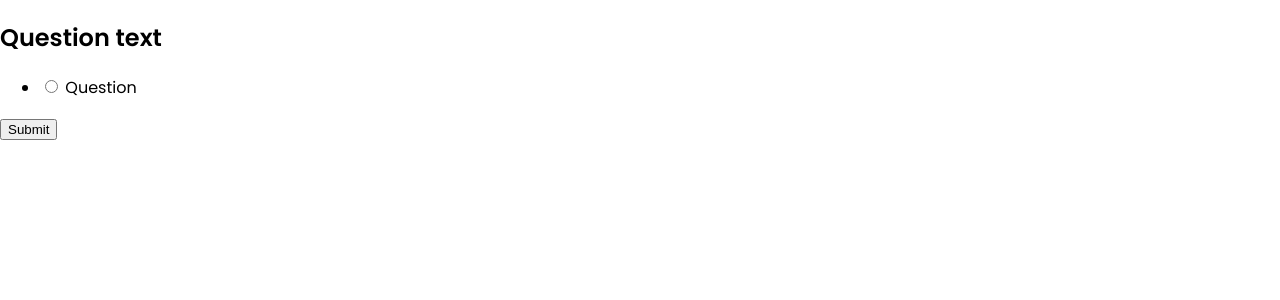
Repository: kate30980/projects-js-practice
Page: quiz-app/index.html
These files come from the project's save history. The page is drawn as it stood at one moment and after the next save; the edit follows.
The browser window is 1280 px wide. The pictures show the whole page.

Above is the page before, as saved 2021-09-05 21:48:09.

### quiz-app/index.html
<!DOCTYPE html>
<html lang="en">

<head>
    <meta charset="UTF-8" />
    <meta name="viewport" content="width=device-width, initial-scale=1.0" />
    <title>Title</title>
    <link rel="stylesheet" href="style.css" />
    <script src="script.js" defer></script>
</head>

<body>
    <div class="quiz-container">
        <h2>Question text</h2>
        <ul>
            <li>
                <input type="radio" id="a">
                <label for="">Question</label>
            </li>

        </ul>
        <button>Submit</button>
    </div>
</body>

</html>

### quiz-app/style.css
@import url("https://fonts.googleapis.com/css2?family=Poppins:wght@200;400;600&display=swap");

* {
    box-sizing: border-box;
}

body {
    font-family: "Poppins", sans-serif;
    margin: 0;
}

### quiz-app/script.js
const quizData = [
  {
    question: "How old is Kate?",
    a: "10",
    b: "17",
    c: "21",
    d: "20",
    correct: "c",
  },
  {
    question: "What is the best programming language?",
    a: "Javascript",
    b: "Python",
    c: "C++",
    d: "PHP",
    correct: "a",
  },
  {
    question: "Who is the president of US?",
    a: "Kate Le",
    b: "Donald Trump",
    c: "Barack Obama",
    d: "Bill Clinton",
    correct: "a",
  },
  {
    question: "Kate is the best girl in the world",
    a: "Damn true",
    b: "This is a correct answer",
    c: "Aboslutely",
    d: "Dont need to ask this stupid question",
    correct: "a",
  },
  {
    question: "What year was Javascript launch",
    a: "2020",
    b: "2019",
    c: "1995",
    d: "None of the above",
    correct: "c",
  },
];

After the next save:
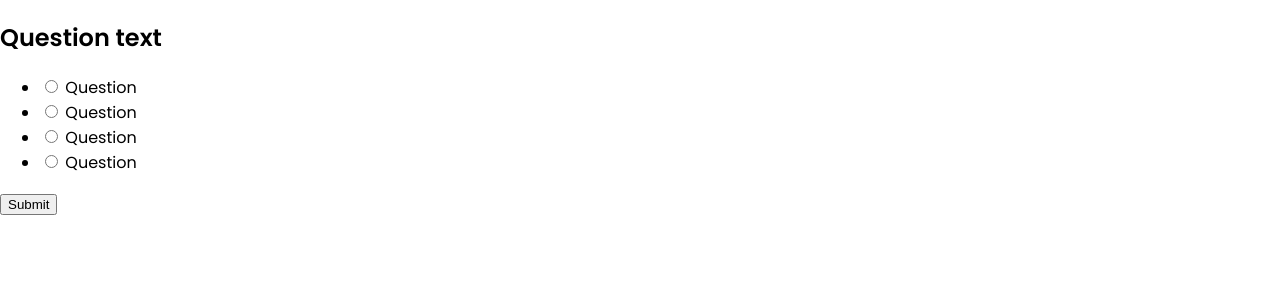
Saved 33 s later.
--- a/quiz-app/index.html
+++ b/quiz-app/index.html
@@ -15,7 +15,19 @@
         <ul>
             <li>
                 <input type="radio" id="a">
-                <label for="">Question</label>
+                <label for="a">Question</label>
+            </li>
+            <li>
+                <input type="radio" id="a">
+                <label for="a">Question</label>
+            </li>
+            <li>
+                <input type="radio" id="a">
+                <label for="a">Question</label>
+            </li>
+            <li>
+                <input type="radio" id="a">
+                <label for="a">Question</label>
             </li>
 
         </ul>

After the save that followed:
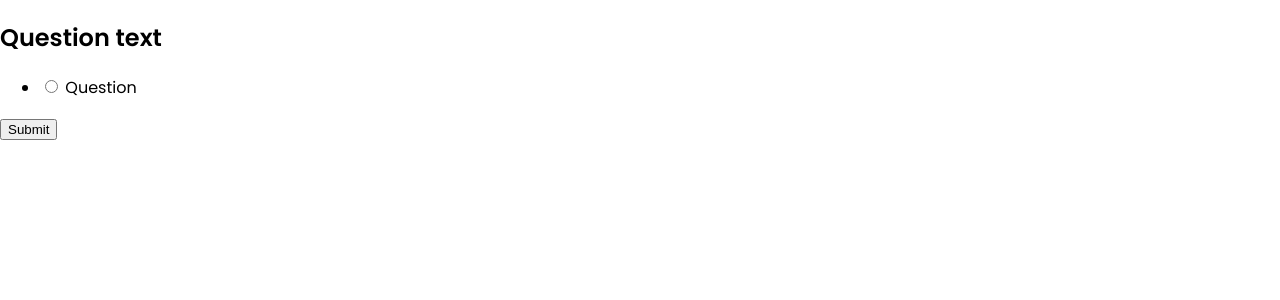
Saved 20 s later.
--- a/quiz-app/index.html
+++ b/quiz-app/index.html
@@ -14,19 +14,7 @@
         <h2>Question text</h2>
         <ul>
             <li>
-                <input type="radio" id="a">
-                <label for="a">Question</label>
-            </li>
-            <li>
-                <input type="radio" id="a">
-                <label for="a">Question</label>
-            </li>
-            <li>
-                <input type="radio" id="a">
-                <label for="a">Question</label>
-            </li>
-            <li>
-                <input type="radio" id="a">
+                <input type="radio" id="a" name="answer">
                 <label for="a">Question</label>
             </li>
 
